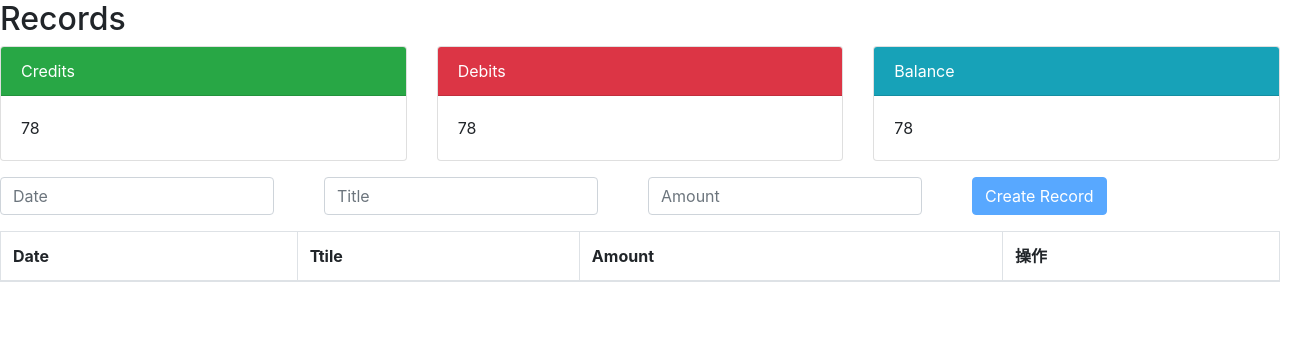
Repository: wjszydygns/accouts
Page: /
The author's editor kept a copy of each file at every save. The page is drawn from the files as they stood at one save, then again after the next save.
The browser window is 1280 px wide. The page is 1295 px wide, so the pictures cover 1295 px, including what lies to the right of the window. The pictures show the whole page.
The page's requests for data from a server got no answer. The project was rebuilt for these pictures with package versions that can differ from the ones it lists, and the page was loaded fresh each time. No one was signed in, and anything a server would have sent is missing. Also part of the build but not shown: src/components/record.jsx.

Above is the page before, as saved 2018-11-30 20:13:35.

### public/index.html
<!DOCTYPE html>
<html lang="en">
  <head>
    <meta charset="utf-8">
    <link rel="shortcut icon" href="%PUBLIC_URL%/favicon.ico">
    <meta name="viewport" content="width=device-width, initial-scale=1, shrink-to-fit=no">
    <meta name="theme-color" content="#000000">
    <!--
      manifest.json provides metadata used when your web app is added to the
      homescreen on Android. See https://developers.google.com/web/fundamentals/web-app-manifest/
    -->
    <link rel="manifest" href="%PUBLIC_URL%/manifest.json">
    <link href="https://cdn.bootcss.com/twitter-bootstrap/4.1.3/css/bootstrap.min.css" rel="stylesheet">


    <title>React App</title>
  </head>
  <body>

    <div id="root"></div>

  </body>
</html>

### src/index.js
import React from 'react';
import ReactDOM from 'react-dom';

import RecordList from './components/records';
import * as serviceWorker from './serviceWorker';

ReactDOM.render(<RecordList />, document.getElementById('root'));

// If you want your app to work offline and load faster, you can change
// unregister() to register() below. Note this comes with some pitfalls.
// Learn more about service workers: http://bit.ly/CRA-PWA
serviceWorker.unregister();

### src/components/records.jsx
import React, { Component } from 'react';
import { table } from "antd"
import Record from "./record"
import * as moment from "moment"
import axios from "axios"
import PropTypes from "prop-types"
import * as RecordsAPI from "../utils/RecordsAPI"
import RecordForm from "./RecordForm"
import AmountBox from "./amountBox"

class RecordList extends Component {
  constructor(props) {
    super(props)
    this.state = {
      records:
        [
          // {id:1,date:"2018-11-2",title:"房租",amount:1900},
          // {id:2,date:"2018-11-5",title:"工资收入",amount:5000},
          // {id:3,date:"2018-11-11",title:"购物",amount:700},
          // {id:4,date:"2018-11-16",title:"收入",amount:800},
        ],
      isloaded: false,
      error: null
    }
  }

  componentDidMount() {
    const { records, isloaded } = this.state;
    // const url=`https://5bfe4524362b930013f651be.mockapi.io/api/v1/records`
    //  fetch(url).then(res=>{
    //    return res.json();

    //  }).then(data=>{  //res.data=data
    //    this.setState({
    //      records:data
    //    })
    //  }).catch(err=>
    //    console.log(err)
    //   )
    this.getData();

  }
  getData = () => {

    RecordsAPI.getAll().then(res => {
      this.setState({
        records: res.data,
        isloaded: true
      })

    }).catch(error => {
      this.setState({
        isloaded: true,
      })
    })


  }

  add = (record) => {
    const { records } = this.state;
    //  records.unshift(record);
    //  this.setState({
    //     records
    //  })
    // this.getData();  不需要整个全部重新发请求刷新页面，只需要局部更新state的值即可
    this.setState({
      records: [
        ...records,
        record       //将新添加的那条添加到下面，这样可以简单的合并对象到一个数组

      ]
    })

  }
  update = (id, updateRecord) => {
    // debugger

    const { records } = this.state;
    let array = records;
    array = array.map((item, index) => {
      if (item.id !== id) {
        return item
      }
      // return Object.assign(item,updateRecord);//Object.assign方法的第一个参数是目标对象，后面的参数都是源对象。
      return {                                //如果目标对象与源对象有同名属性，或多个源对象有同名属性，则后面的属性会覆盖前面的属性。
        ...item,
        ...updateRecord
      }
    })
    console.log(array);
    this.setState({
      records: array
    })
    console.log(records);


  }

  delete=(id)=>{
    const { records } = this.state;
    let newRecords=records.filter((item)=>{
       if(id===item.id)
          return false
       return true
    })
    this.setState({
      records:newRecords
    })

  }
  render() {
    const { error, isloaded, records } = this.state;
    let recordsComponent;
    {
      if (error) {
        recordsComponent = <div>{error}</div>
      } else if (!isloaded) {
        recordsComponent = <div>Loading...</div>

      }
      else {
        recordsComponent = (
          <div >
            <table className="table table-bordered">
              <thead>
                <tr>
                  <th>Date</th>
                  <th>Ttile</th>
                  <th>Amount</th>
                  <th>操作</th>
                </tr>
              </thead>
              <tbody>
                {
                  this.state.records.map((item, index) => {
                    item.date = moment(item.date).format("YYYY-MM-DD:HH:ss:mm")
                    return <Record key={item.id}
                                 　 {...item}
                                 　 update={this.update}
                                  　delete={this.delete} />

                  })
                }
              </tbody>
            </table>
          </div>
        );
      }
    }

    return (
      <div>
        <h2>Records</h2>
        <div className="row mb-3">
           <AmountBox  text="Credits" type="success"></AmountBox>
           <AmountBox text="Debits" type="danger"></AmountBox>
           <AmountBox text="Balance" type="info"></AmountBox>
        </div>
        <RecordForm  {...this.state} addRecord={this.add} />
        {recordsComponent}
      </div>

    )


  }
}

export default RecordList;

### src/utils/RecordsAPI.js
import axios from "axios"
//使用环境变量来定义ａｐｉ,这样就可以把好多人要请求的接口放到一起通过ａｐｉ.什么来引用
//REACT_APP_RECORDS_API_URL这就是一个环境变量，要在ｓｃｒｉｐｔｓ里面定义这个环境变量的值,process.env是引用环境变量的前缀
 const api=process.env.REACT_APP_RECORDS_API_URL ||"http://localhost:5000"

//将axios请求全部封装到一个方法里面

export const getAll=()=>{
    //注意箭头函数要加大括号的话必须加return,否则没有返回值
   return axios.get(`${api}api/v1/records`)

}
export const create=(body)=>{
//添加一条记录时，也要向那个接口发送请求，因为我们现在的数据不是写死的，而是从上面那个接口请求回来的，那个数据是要求有一个ｉｄ作为ｒｅｃｏｒｄ的key值的
//所以我们也要有id，这个id 可以是它自己生成的
//要发一个post 请求
　return 　axios.post(`${api}api/v1/records`,body)   //axios.post(url,参数对象)

}

export const update=(id,body)=>{
//更新数据，向接口发送数

  return axios.put(`${api}api/v1/records/${id}`,body)

};

export const deleteRecord=(id)=>{
    //删除数据，向接口发送id，并且将该条数据置空即可

      return axios.get(`${api}api/v1/records/${id}`)

    };

### src/components/RecordForm.js
import React, { Component } from 'react';
import {table} from "antd"
import PropTypes from "prop-types"
import "../index.css"
import * as RecordAPI from "../utils/RecordsAPI"

class RecordForm extends Component {

   state={
       date:"",
       title:"",
       amount:"",
   }

    valid=()=>{
        //验证是否有效，三个同时有值的时候才有效，返回true
        return  this.state.date &&this.state.title &&this.state.amount


    }
    handle=(e,key)=>{
       this.setState({
        [key]:e.target.value
       })
    }
    addRecord=(event)=>{
      event.preventDefault();//阻止默认行为，即参数不会出现在ｕｒｌ中
      const record=this.state;
      const {addRecord}=this.props;
    //   addRecord(record);
      RecordAPI.create({...record,amount:Number.parseInt(record.amount,0)})
      .then(res=>{

          addRecord(res.data);
      }).catch(
          error=>console.log(error.message)

      )
      this.setState({
        date:"",
        title:"",
        amount:"",
      })

    }


  render() {
      //  const {record}=this.props
      const {date,title,amount}=this.state;
    return (
     <form className="form-inline mb-3">
      <div className="form-group">
        <input type="text" className="form-control"
               placeholder="Date"
               name="date" value={date}
               onChange={e=>this.handle(e,"date")}/>

      </div>
      <div className="form-group">
        <input type="text" className="form-control"
               placeholder="Title"
               name="title" value={title}
               onChange={e=>this.handle(e,"title")}/>

      </div>
      <div className="form-group">
        <input type="text" className="form-control"
               placeholder="Amount"
               name="amount" value={amount}
               onChange={e=>this.setState({amount:e.target.value})}/>

      </div>
      <div className="form-group">
      <button className="btn btn-primary"
              type="submit"
              disabled={!(date && title && amount)}
              onClick={this.addRecord}>
              Create Record
     </button>
      </div>

     </form>
    );
  }
}

export default RecordForm;
 RecordForm.propTypes={
  id:PropTypes.string,
  date:PropTypes.string,
  title:PropTypes.string,
  amount:PropTypes.number,
  addRecord:PropTypes.func.isRequired,



}

### src/components/amountBox.jsx
import React, { Component } from "react"

export default class AmountBox extends React.Component {



    render() {
        const { text, type } = this.props;
        return (
            <div className="col">
              <div className="card">
               <div className={`card-header bg-${type} text-white`}>
                  {text}
               </div>
               <div className="card-body">
                  78
               </div>

              </div>
            </div>


        )
    }







}

### src/index.css
body {
  margin: 0;
  padding: 0;
  font-family: -apple-system, BlinkMacSystemFont, "Segoe UI", "Roboto", "Oxygen",
    "Ubuntu", "Cantarell", "Fira Sans", "Droid Sans", "Helvetica Neue",
    sans-serif;
  -webkit-font-smoothing: antialiased;
  -moz-osx-font-smoothing: grayscale;
}

.form-group{
    margin-right:50px;

}

Loaded but not shown: src/serviceWorker.js (common file)

After the next save:
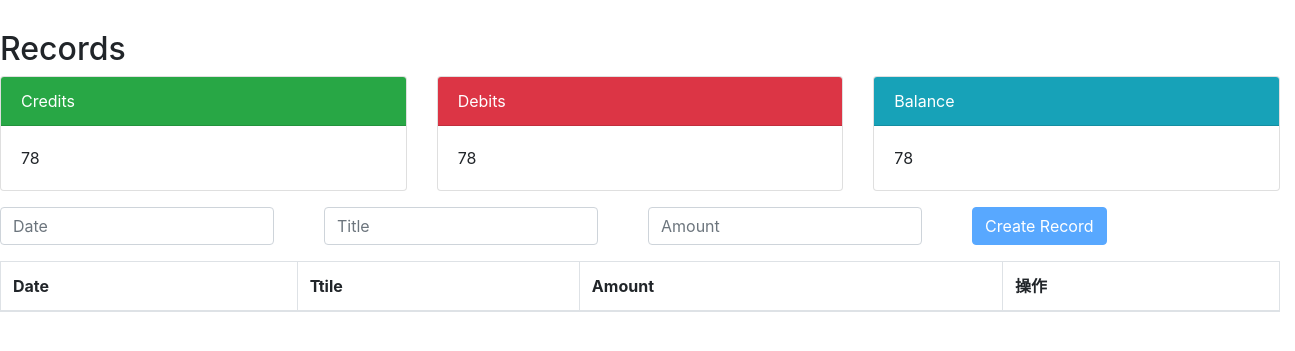
Saved 36 s later.
--- a/src/components/records.jsx
+++ b/src/components/records.jsx
@@ -151,7 +151,7 @@ class RecordList extends Component {
 
     return (
       <div>
-        <h2>Records</h2>
+        <h2 style={{marginTop:30}}>Records</h2>
         <div className="row mb-3">
            <AmountBox  text="Credits" type="success"></AmountBox>
            <AmountBox text="Debits" type="danger"></AmountBox>
